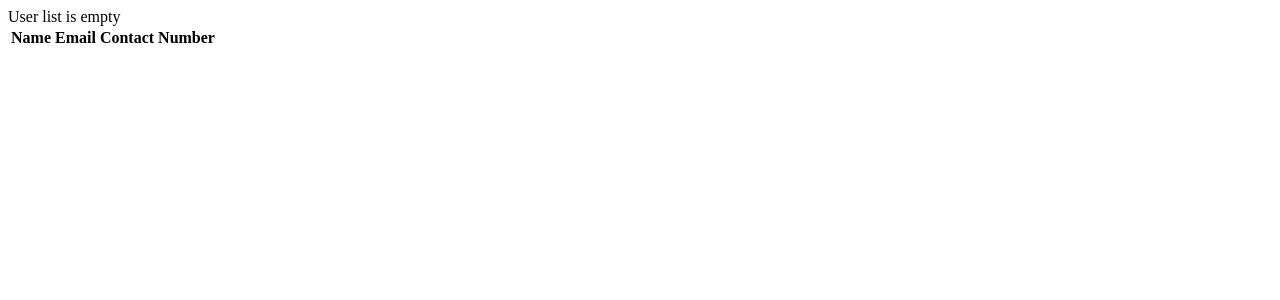
Repository: MarkFernandes11/Advanced-Java
Page: http://localhost/RetrieveDataFromDB/Welcome.jsp
These files come from the project's save history. The page is drawn as it stood at one moment and after the next save; the edit follows.
The browser window is 1280 px wide. The pictures show the whole page.
The page is served by Tomcat 9.

Above is the page before, as saved 2019-09-26 10:29:56.

After the next save:
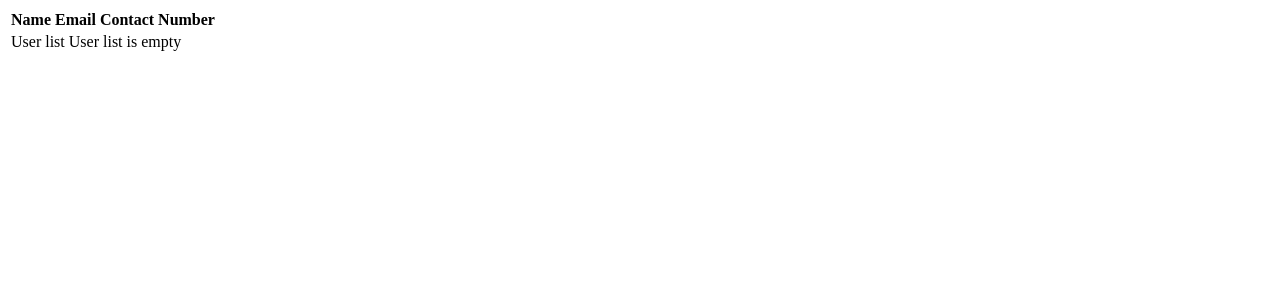
Saved 53 s later.
--- a/RetrieveDataFromDB/WebContent/Welcome.jsp
+++ b/RetrieveDataFromDB/WebContent/Welcome.jsp
@@ -34,7 +34,10 @@
 			}
 		}else{
 		%>
-		User list is empty
+		<tr>
+			<td colspan=3>User list User list is empty
+		</td>
+		</tr>
 		<%} %>
 	</table>
 </body>
